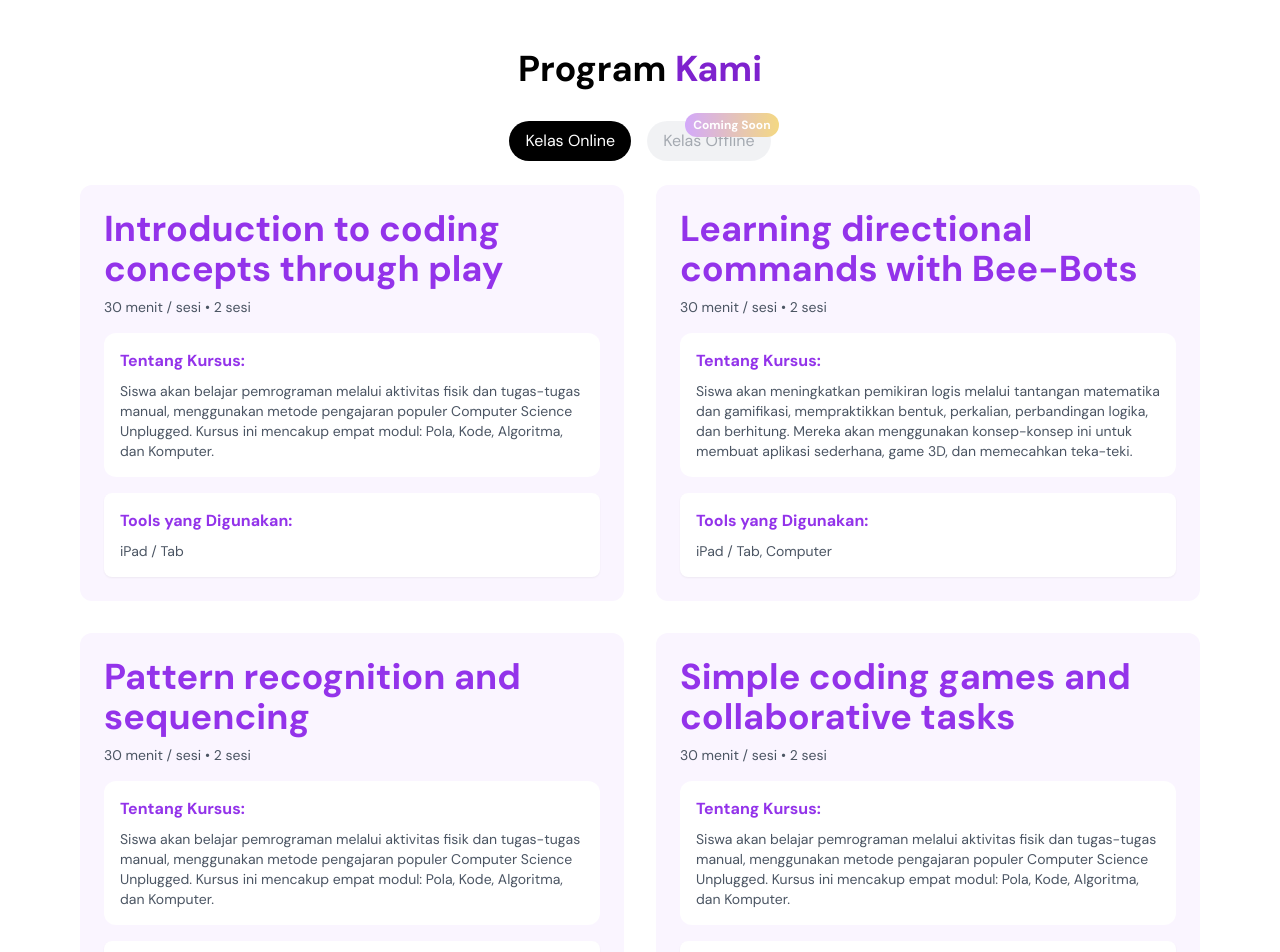
Repository: paskasiregar/ttccomweb
Page: /track/basic-programming
These files come from the project's save history. The page is drawn as it stood at one moment and after the next save; the edit follows.
The browser window is 1280 px wide. The pictures show the part of the page from y = 2066 to 3018 px (the page is 3147 px tall).
The project was rebuilt for these pictures with package versions that can differ from the ones it lists, and the page was loaded fresh each time. The framework's server and built-in components were replaced by stand-ins that run in the browser. Also part of the build but not shown: next.config.js, next.config.mjs.

Above is the page before, as saved 2024-11-16 23:32:32.

After the next save:
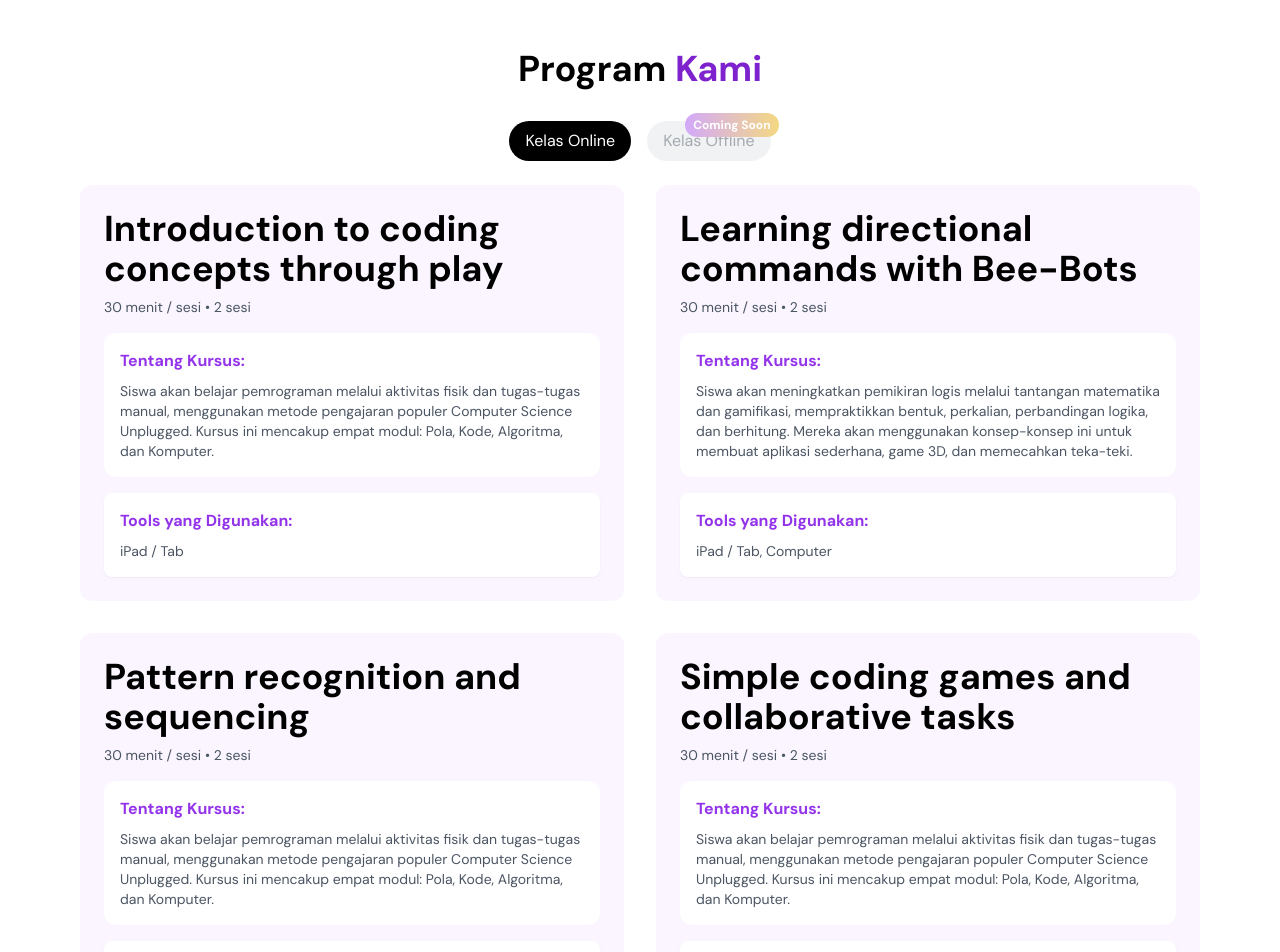
Saved 20 s later.
--- a/src/components/classCard.jsx
+++ b/src/components/classCard.jsx
@@ -5,7 +5,7 @@ function ClassCard({ title, duration, sessions, description, tools }) {
   return (
     <div className="bg-purple-50 rounded-xl p-6">
       {/* Title */}
-      <h3 className="text-4xl font-bold text-purple-600 mb-2">{title}</h3>
+      <h3 className="text-4xl font-bold text-black mb-2">{title}</h3>
 
       {/* Duration and Sessions */}
       <p className="text-gray-600 text-sm mb-4">
